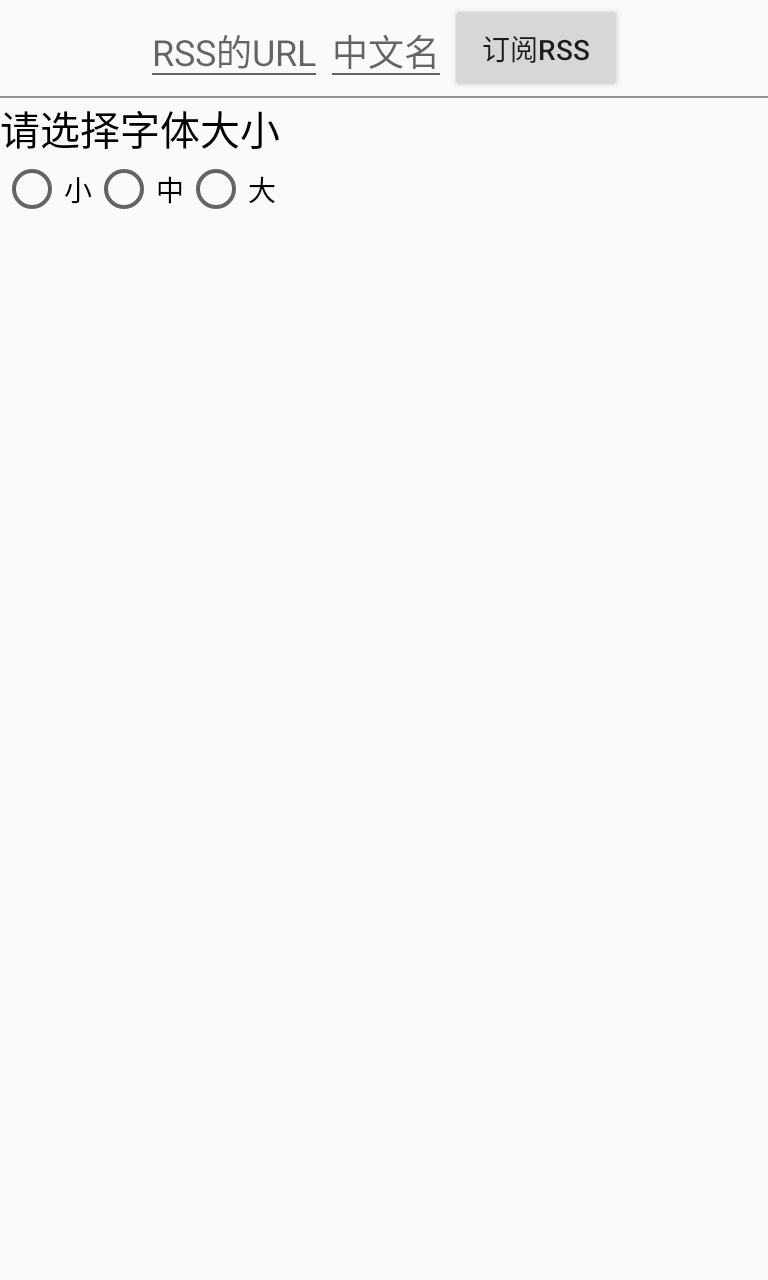
Repository: xdrush/MyRssReader
Layout: MyRssReader/res/layout/description_show.xml
The author's editor kept a copy of each file at every save. The layout is drawn from the files as they stood at one save, then again after the next save.
It is drawn on a 768 x 1280 px phone screen (xhdpi) without system bars, with theme AppTheme; the app's code is not run.

Above is the layout before, as saved 2015-07-29 10:24:59.

After the next save:
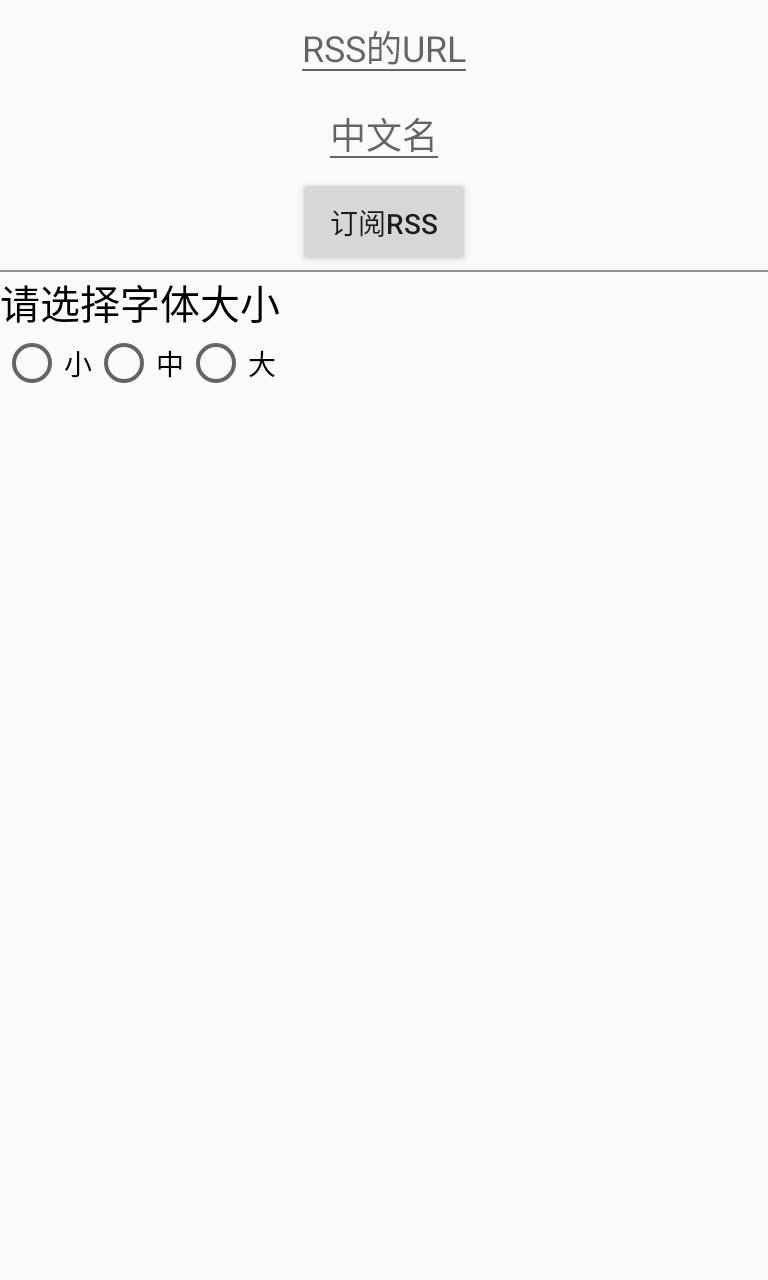
Saved 63 s later.
--- a/MyRssReader/res/layout/description_show.xml
+++ b/MyRssReader/res/layout/description_show.xml
@@ -7,7 +7,8 @@
     <LinearLayout
         android:layout_width="fill_parent"
         android:layout_height="wrap_content"
-        android:gravity="center" >
+        android:gravity="center"
+        android:orientation="vertical" >
 
         <EditText
             android:id="@+id/description_rss"
